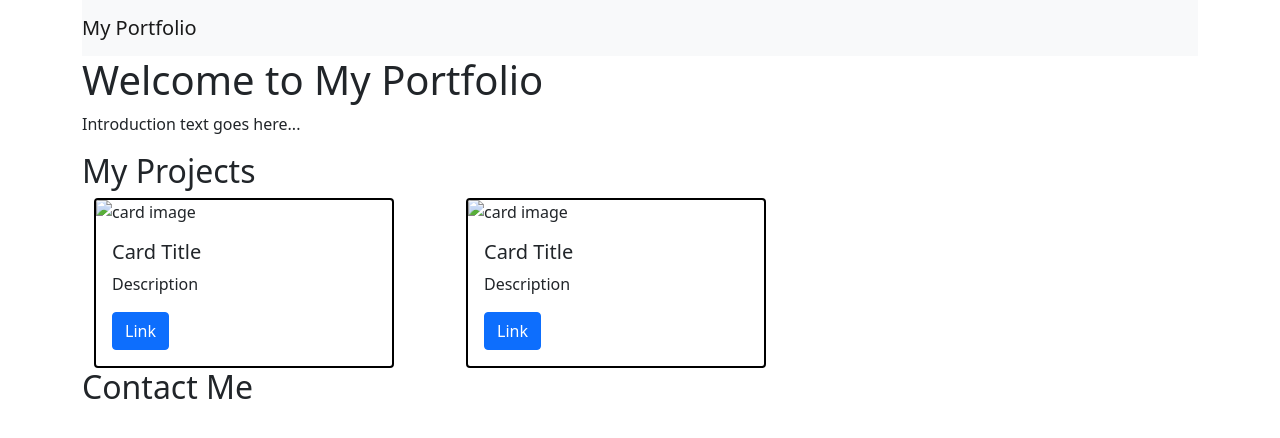
Repository: ChaidGPT/Portfolio
Page: index.html
An editor plug-in stored every save of this project. The page is shown before and after the next save, followed by the edit.
The browser window is 1280 px wide. The pictures show the whole page.

Above is the page before, as saved 2023-06-18 07:39:37.

After the next save:
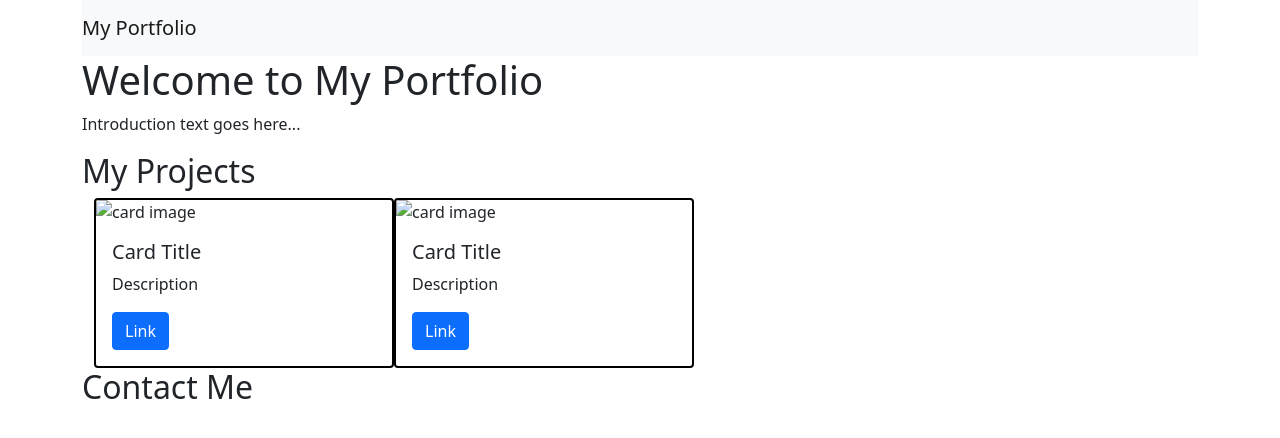
Saved 75 s later.
--- a/index.html
+++ b/index.html
@@ -28,31 +28,28 @@
             <section>
                 <h2>My Projects</h2>
                 <div class="container">
-                    <div class="row">
-                        <div class="col-sm-6 col-md-4">
-                            <div class="card">
-                                <img src="" class="card-img-top" alt="card image">
-                                <div class="card-body">
-                                    <h5 class="card-title">Card Title</h5>
-                                    <p class="card-text">Description</p>
-                                    <a href="#" class="btn btn-primary">Link</a>
-                                </div>
+                    <div class="d-flex flex-row">
+                        <div class="card">
+                            <img src="" class="card-img-top" alt="card image">
+                            <div class="card-body">
+                                <h5 class="card-title">Card Title</h5>
+                                <p class="card-text">Description</p>
+                                <a href="#" class="btn btn-primary">Link</a>
                             </div>
                         </div>
-                        <div class="col-sm-6 col-md-4">
-                            <div class="card">
-                                <img src="" class="card-img-top" alt="card image">
-                                <div class="card-body">
-                                    <h5 class="card-title">Card Title</h5>
-                                    <p class="card-text">Description</p>
-                                    <a href="#" class="btn btn-primary">Link</a>
-                                </div>
+                        <div class="card">
+                            <img src="" class="card-img-top" alt="card image">
+                            <div class="card-body">
+                                <h5 class="card-title">Card Title</h5>
+                                <p class="card-text">Description</p>
+                                <a href="#" class="btn btn-primary">Link</a>
                             </div>
                         </div>
-                        <!-- Add more col classes for additional cards -->
+                        <!-- Add more cards as needed -->
                     </div>
                 </div>
             </section>
+
 
             <!-- Contact section -->
             <section>
